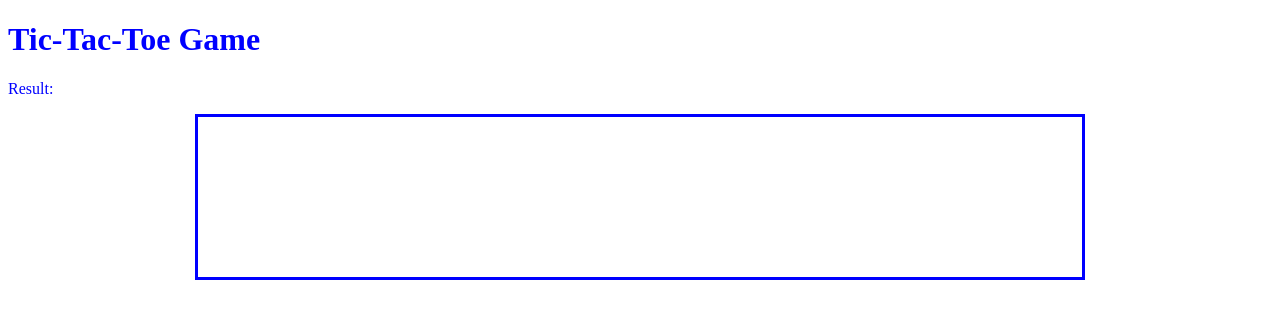
Repository: 0101chaitanya/Tic-Tac-Toe
Page: index.html
The author's editor kept a copy of each file at every save. The page is drawn from the files as they stood at one save, then again after the next save.
The browser window is 1280 px wide. The pictures show the whole page.

Above is the page before, as saved 2021-06-09 17:04:15.

After the next save:
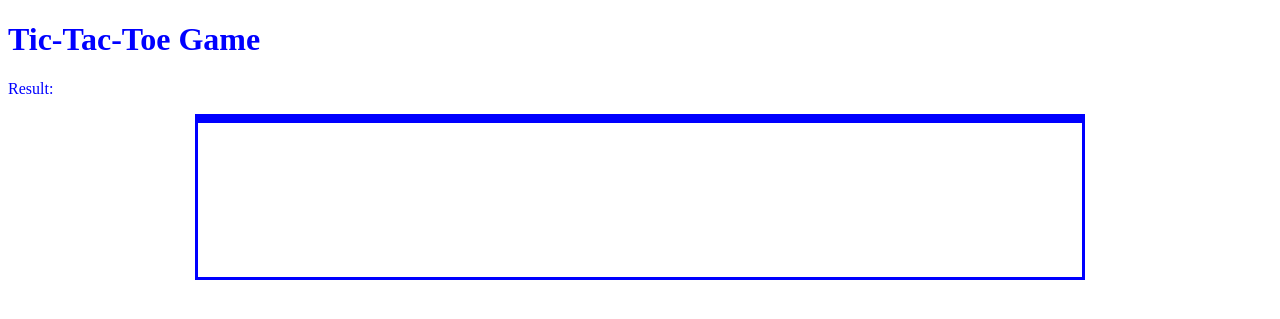
Saved 2 min 34 s later.
--- a/styles.css
+++ b/styles.css
@@ -9,7 +9,7 @@ color:blue;
 display:block;
 margin:auto;
 }
-#gameSquare:nth-child(1){
+#gameSquare>div:nth-child(1){
     border-style: solid;
 
 }
